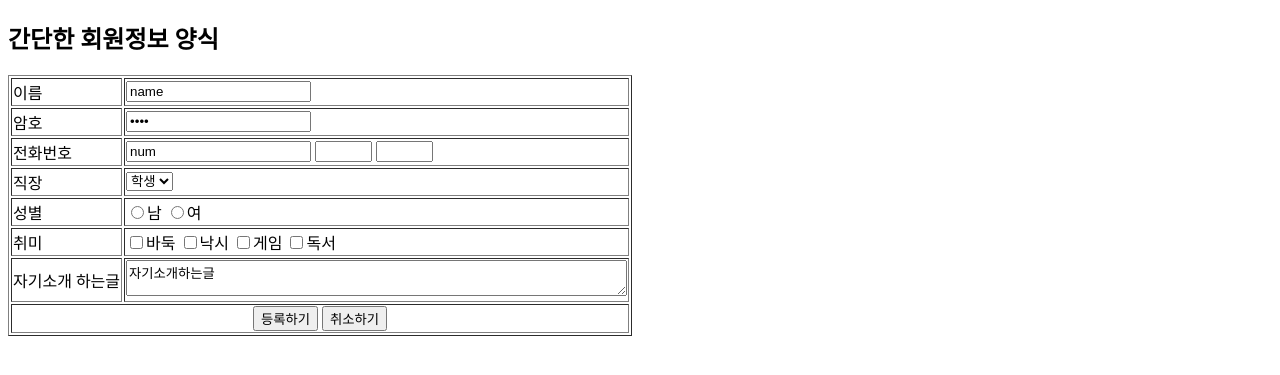
Repository: chlguswns1/web-practice
Page: javaScript/src/main/webapp/quiz.html
The author's editor kept a copy of each file at every save. The page is drawn from the files as they stood at one save, then again after the next save.
The browser window is 1280 px wide. The pictures show the whole page.

Above is the page before, as saved 2023-03-10 02:02:10.

### javaScript/src/main/webapp/quiz.html
<!DOCTYPE html>
<html>
<head>
<meta charset="UTF-8">
<title>간단한 회원정보 양식</title>
<link rel="stylesheet" type="text/css" href="./quiz.css">
<script type="text/javascript">
function show() {

	var form = document.myform;
	var id = form["name"].value;
	//name="id"와 일치하는 입력양식에 입력된 텍스트를 가져온다
	var pass = form["pass"].value;
	var gender = form["num"].value;
	var sel = form["tel1"].value + form["tel2"].value + form["tel3"].value;
	var gen = form["add"].value;
	var hobby = "";
	for (var i = 1; i <= 4; i++) {
		if (form["hob"+i].checked)
			hobby += form["hob"+i].value + " ";
	}
	var str = name + "\n" + pass + "\n" + num + "\n";
	str += sel + "\n" + gen + "\n" + hob+"\n" + go;
	alert(str);//브라우저 상단에 알림
}
</script>
</head>
<body>
		<h2>간단한 회원정보 양식</h2>
		<table border="1">
			<tr>
				<td><label>이름</label></td>
				<td><input type="text"  value="name"></td>
			</tr>
			<tr>
				<td><label>암호</label></td>
				<td><input type="password" value="pass"></td>
			</tr>
			<tr>
				<td><label>전화번호</label></td>
				<td><input type="text" value="num">
				<input type="text" name="tel2" size="4" maxlength="4" />
				<input type="text" name="tel3" size="4" maxlength="4" />
				</td>
			</tr>

		<tr>
			<td>직장</td>
			<td>
				<select id="sel" >
					<option>학생</option>
					<option>직장</option>
					<option>주부</option>
				</select>
			</td>
		</tr>

		<tr>
			<td>성별</td>
			<td id="gen">
				<input type="radio" name="chk_info" value="man">남
				<input type="radio" name="chk_info" value="girl">여
			</td>
		</tr>
		<tr>
		<td>취미</td>
			<td id="hab">
		 		<input type="checkbox"/>바둑
		  		<input type="checkbox"/>낙시
		   		<input type="checkbox"/>게임
		    	<input type="checkbox"/>독서
		 	</td>
		 </tr>

		<tr>
			<td >자기소개 하는글</td>
			<td><textarea rows="intro" cols="60" rows="5" name="text">자기소개하는글</textarea></td>
		</tr>
		<tr id="go">
			<td colspan="2" align="center">
            <input type="button" value="등록하기">
            <input type="button" value="취소하기">
     		</td>
		</tr>
	</table>

</body>
</html>

### javaScript/src/main/webapp/quiz.css
@charset "UTF-8";
#yes{
	width: 408px;
}

After the next save:
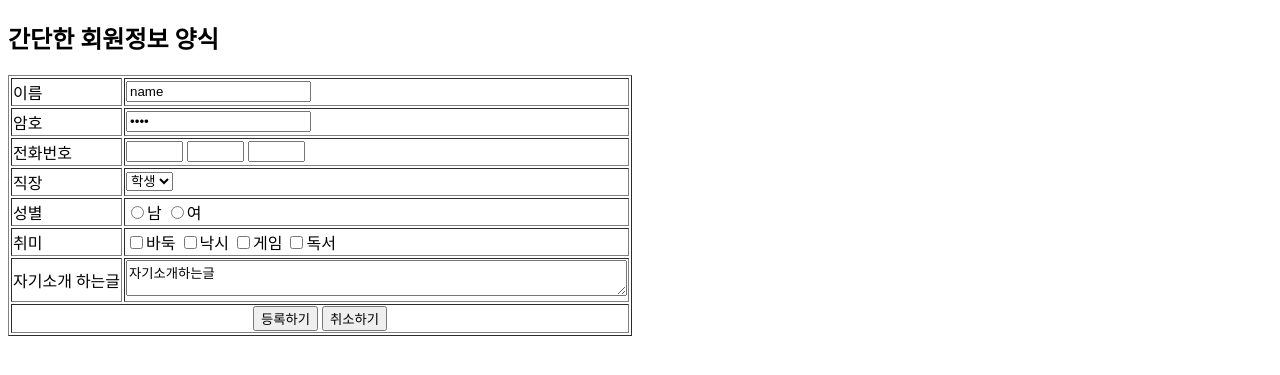
Saved 94 s later.
--- a/javaScript/src/main/webapp/quiz.html
+++ b/javaScript/src/main/webapp/quiz.html
@@ -38,7 +38,8 @@ function show() {
 			</tr>
 			<tr>
 				<td><label>전화번호</label></td>
-				<td><input type="text" value="num">
+				<td>
+				<input type="text" name="tel1" size="4" maxlength="4" />
 				<input type="text" name="tel2" size="4" maxlength="4" />
 				<input type="text" name="tel3" size="4" maxlength="4" />
 				</td>
